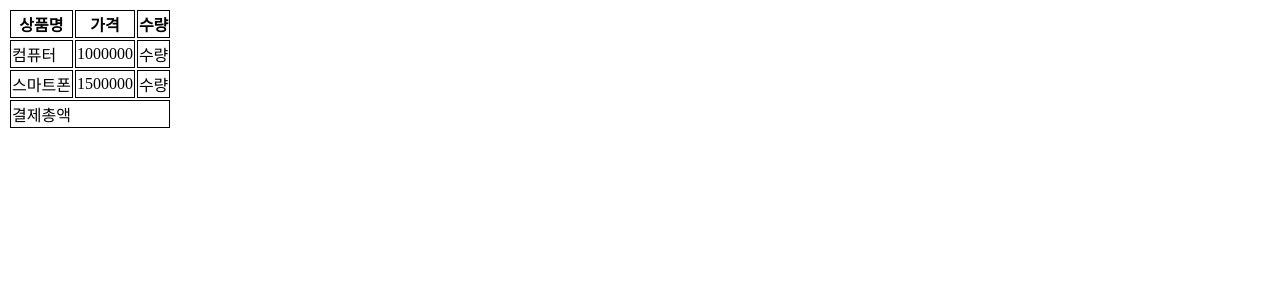
Repository: MySunTY/JSP
Page: http://localhost/JSP08/
These files come from the project's save history. The page is drawn as it stood at one moment and after the next save; the edit follows.
The browser window is 1280 px wide. The pictures show the whole page.
The page is served by Tomcat 9.

Above is the page before, as saved 2024-05-16 05:22:14.

### JSP08/src/main/webapp/index.jsp
<%@ page language="java" contentType="text/html; charset=utf-8"
    pageEncoding="utf-8"%>
<!DOCTYPE html>
	<html>
	<head>
		<meta charset="utf-8">
		<title>데이터 전송</title>
		<style>
			tr, th, td{
				border : 1px solid black;

			}
		</style>
	</head>
	<body>
		<div id="wrap">
			<table>
				<thead>
				<tr>
					<th>상품명</th>
					<th>가격</th>
					<th>수량</th>
				</tr>
				</thead>
				<tbody>
				<tr>
					<td>컴퓨터</td>
					<td>1000000</td>
					<td>수량</td>

				</tr>
				<tr>
					<td>스마트폰</td>
					<td>1500000</td>
					<td>수량</td>


				</tr>
				</tbody>
				<tfoot>
					<tr rowspan="4">
						<td colspan="3">결제총액</td>

					</tr>
				</tfoot>
			</table>
		</div>
	</body>
</html>

After the next save:
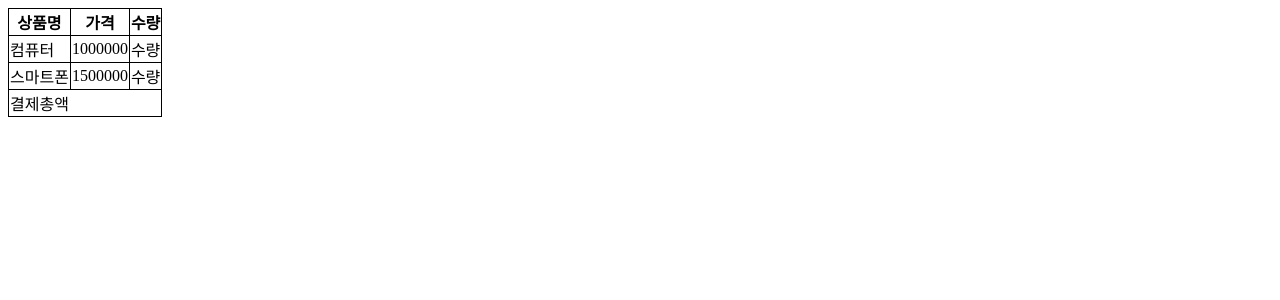
Saved 70 s later.
--- a/JSP08/src/main/webapp/index.jsp
+++ b/JSP08/src/main/webapp/index.jsp
@@ -9,6 +9,9 @@
 			tr, th, td{
 				border : 1px solid black;
 
+			}
+			table{
+				border-collapse : collapse;
 			}
 		</style>
 	</head>
